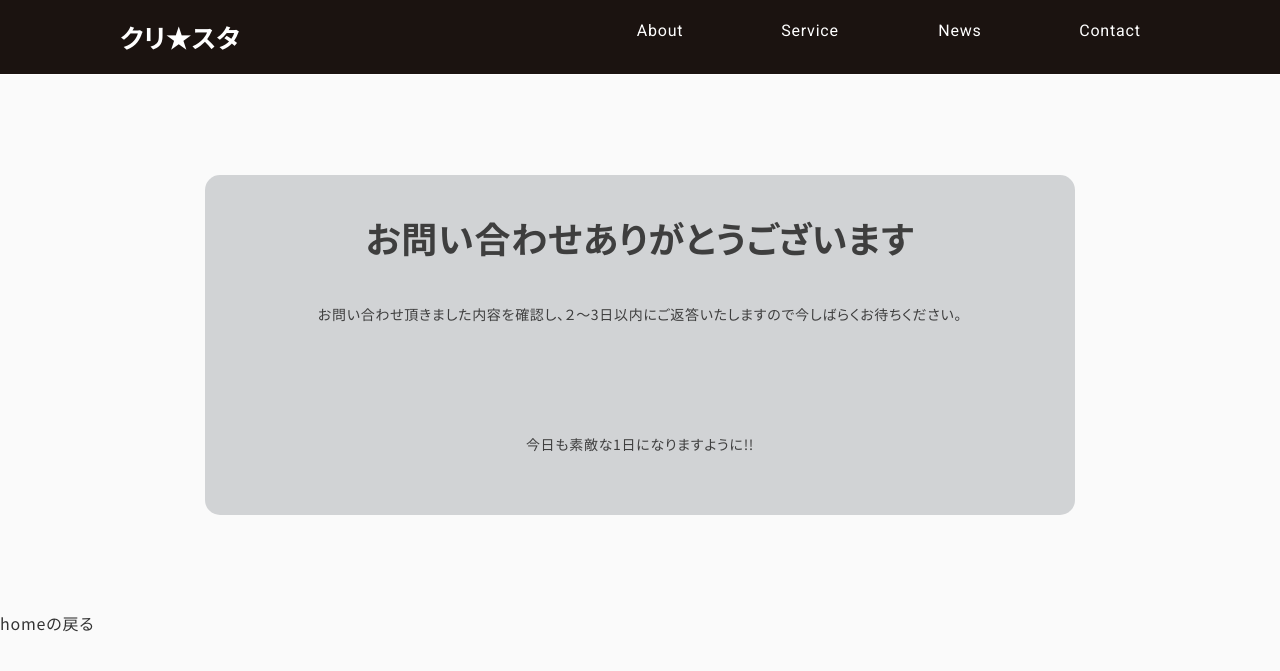
Repository: hatarakimono-kumasan/kurisuta_1st
Page: contact_success.html
The author's editor kept a copy of each file at every save. The page is drawn from the files as they stood at one save, then again after the next save.
The browser window is 1280 px wide. The pictures show the whole page.
Some web libraries are served in a nearby version. The style sheet was rebuilt from its Sass, Less or Tailwind sources for each picture, by a compiler version that may differ from the author's.

Above is the page before, as saved 2020-05-18 16:11:08.

After the next save:
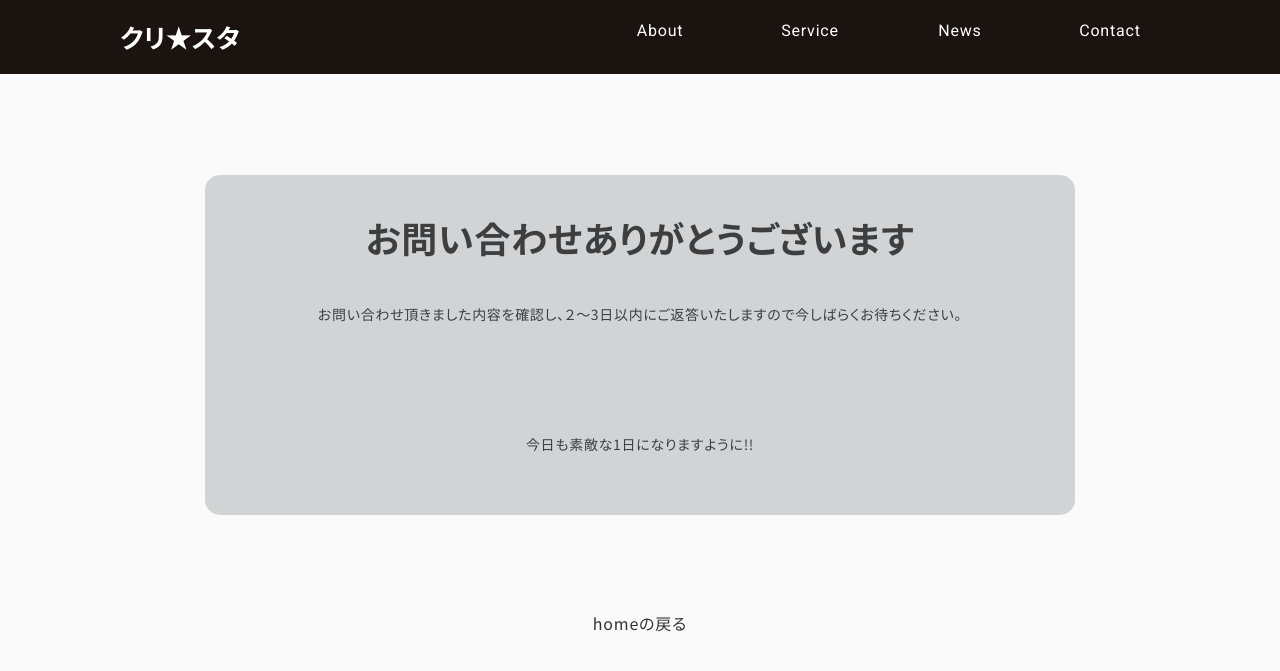
Saved 2 h 45 min later.
--- a/scss/layout/_contact_success.scss
+++ b/scss/layout/_contact_success.scss
@@ -15,4 +15,7 @@
 .back {
 	color: #333;
 	text-align: center;
+	margin: auto;
+	width: 100%;
+	display: block;
 }
